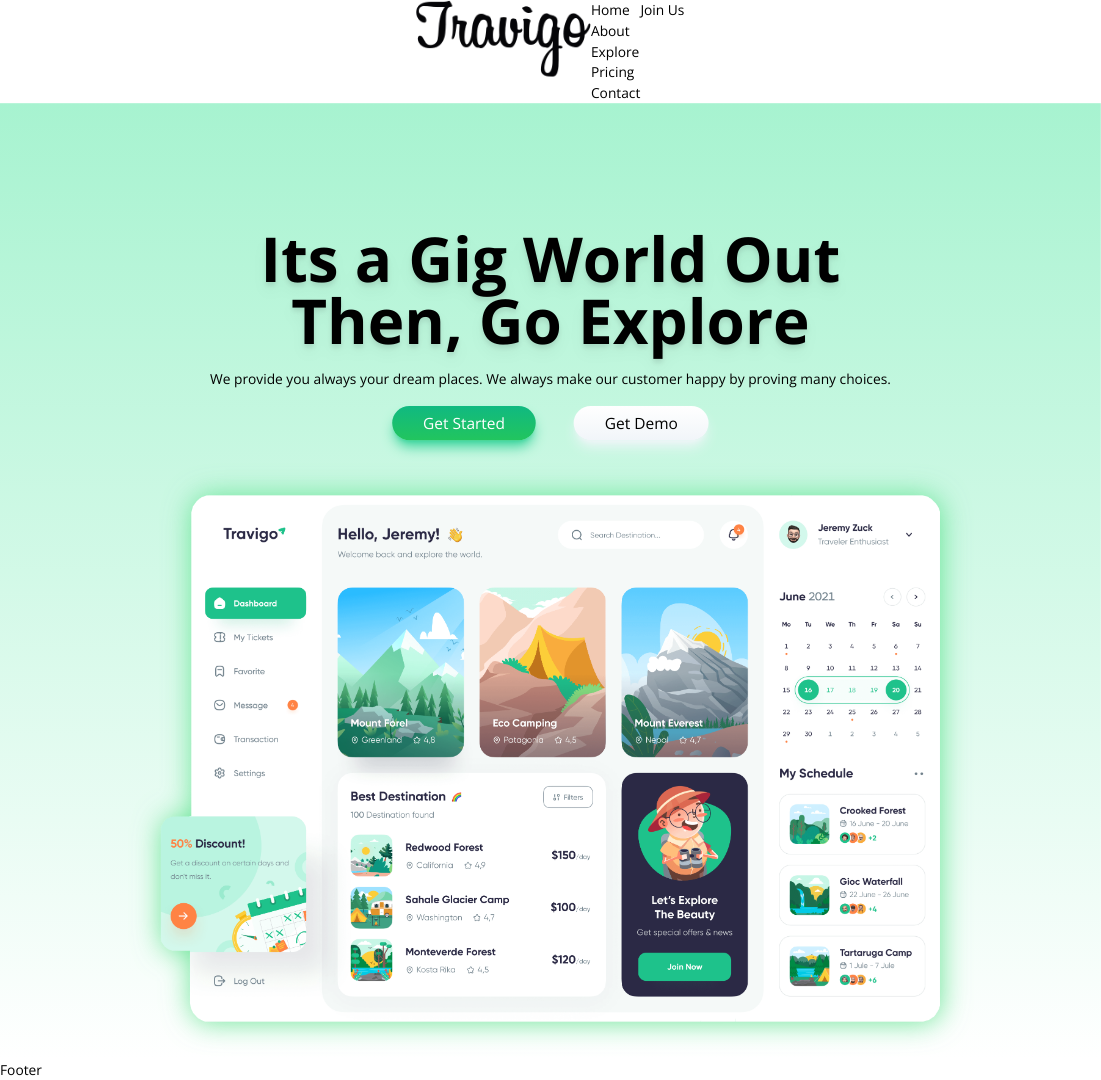
Repository: ThiAlbani83/travigo-travel-app
Page: /
The author's editor kept a copy of each file at every save. The page is drawn from the files as they stood at one save, then again after the next save.
The browser window is 1280 px wide. The pictures show the whole page, at 86% of full size.
The project was rebuilt for these pictures with package versions that can differ from the ones it lists, and the page was loaded fresh each time. Also part of the build but not shown: vite.config.js.

Above is the page before, as saved 2023-03-20 23:40:44.

After the next save:
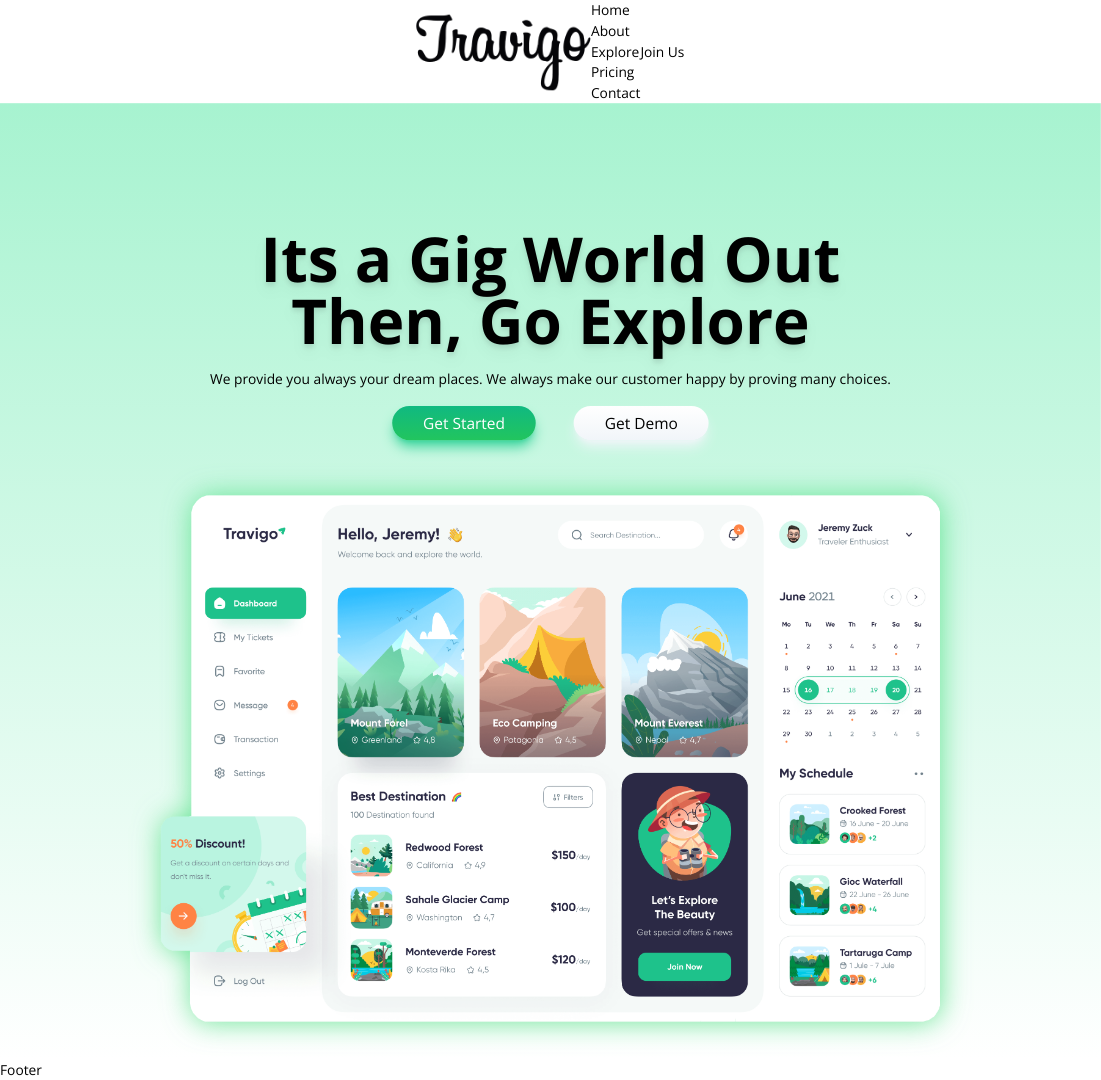
Saved 14 s later.
--- a/src/components/Navbar.jsx
+++ b/src/components/Navbar.jsx
@@ -6,7 +6,7 @@
   return (
     <>
       <header className='flex items-center justify-center w-auto h-auto'>
-        <nav className='flex'>
+        <nav className='flex items-center'>
           <NavLink to={'/'} className='' >
             <img src={logo} alt="logo/img" className='' />
           </NavLink>
